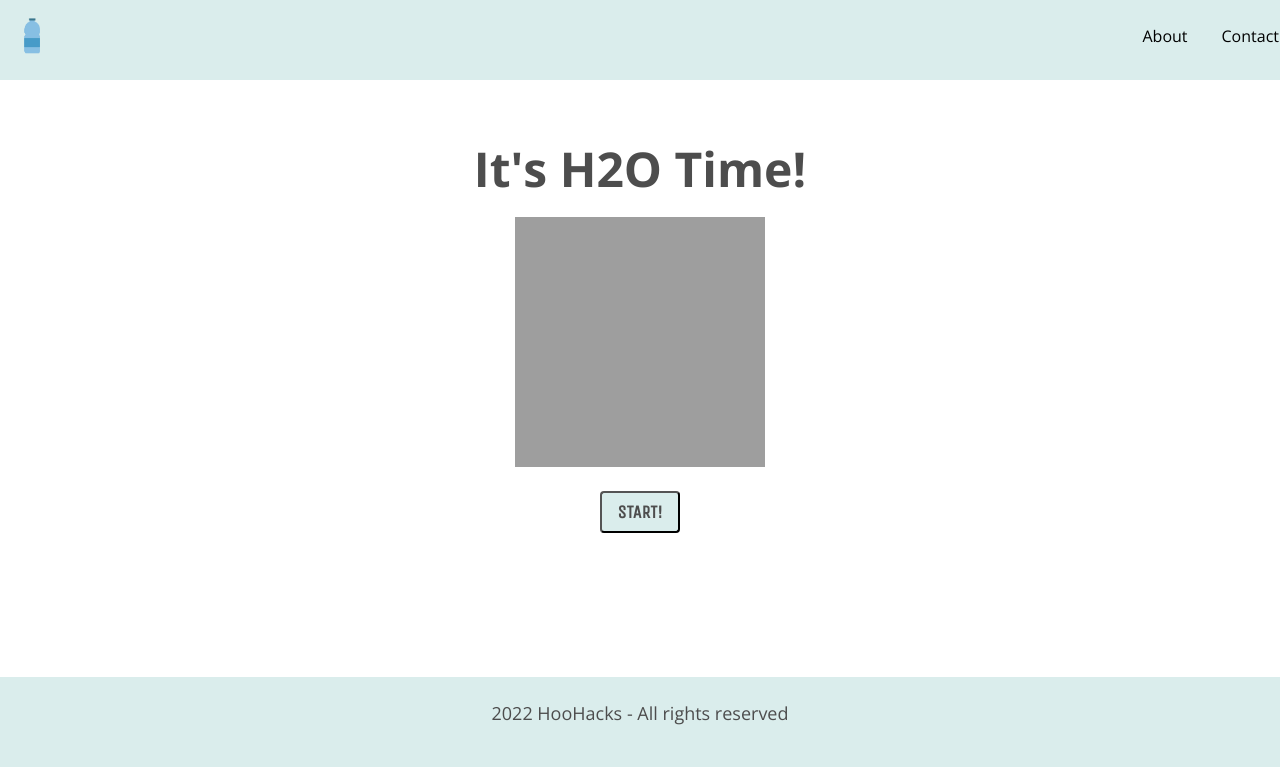
Repository: jennyjjung/H2ODaily
Page: index.html
The author's editor kept a copy of each file at every save. The page is drawn from the files as they stood at one save, then again after the next save.
The browser window is 1280 px wide. The pictures show the whole page.
Pictures or frames that could not be fetched are drawn as grey boxes.

Above is the page before, as saved 2022-03-26 18:18:43.

After the next save:
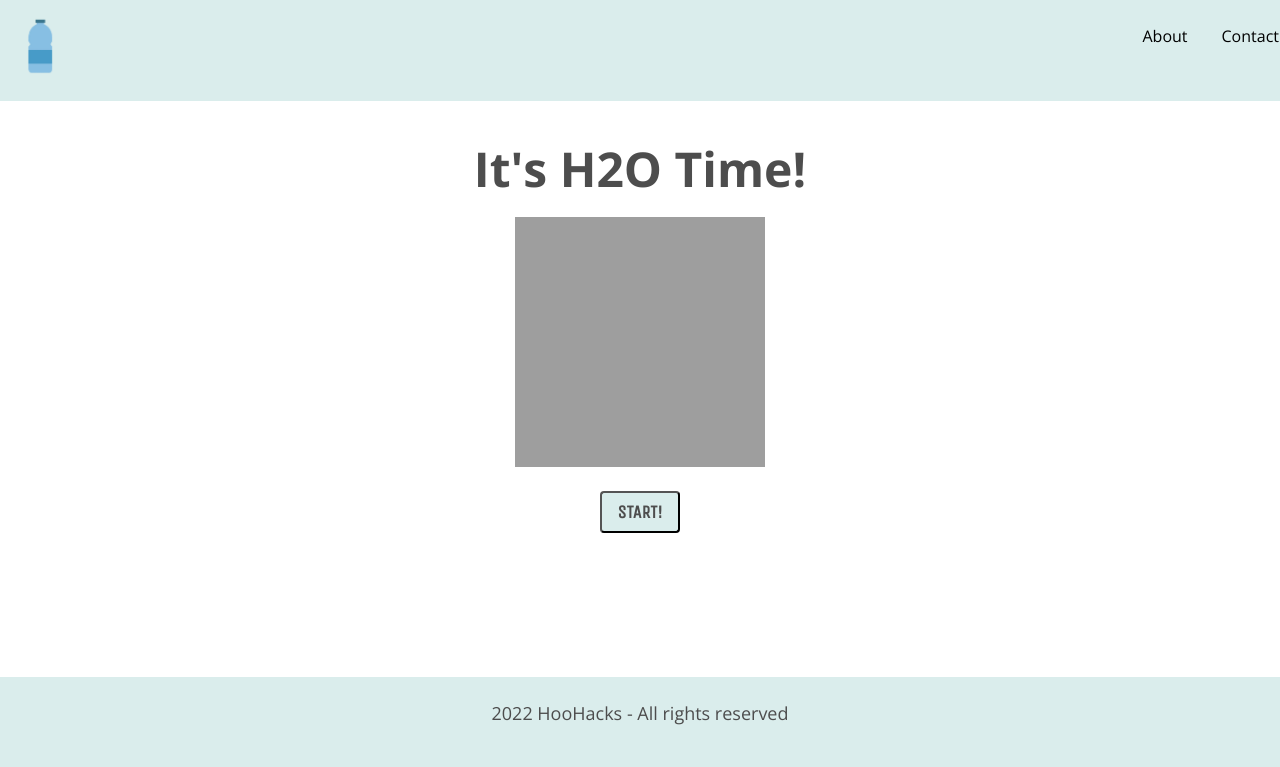
Saved 8 s later.
--- a/style.css
+++ b/style.css
@@ -71,7 +71,7 @@ a {
 }
 
 .navbar__bottle {
-  width: 40px;
+  width: 60px;
 }
 
 .navbar__menu__item {
